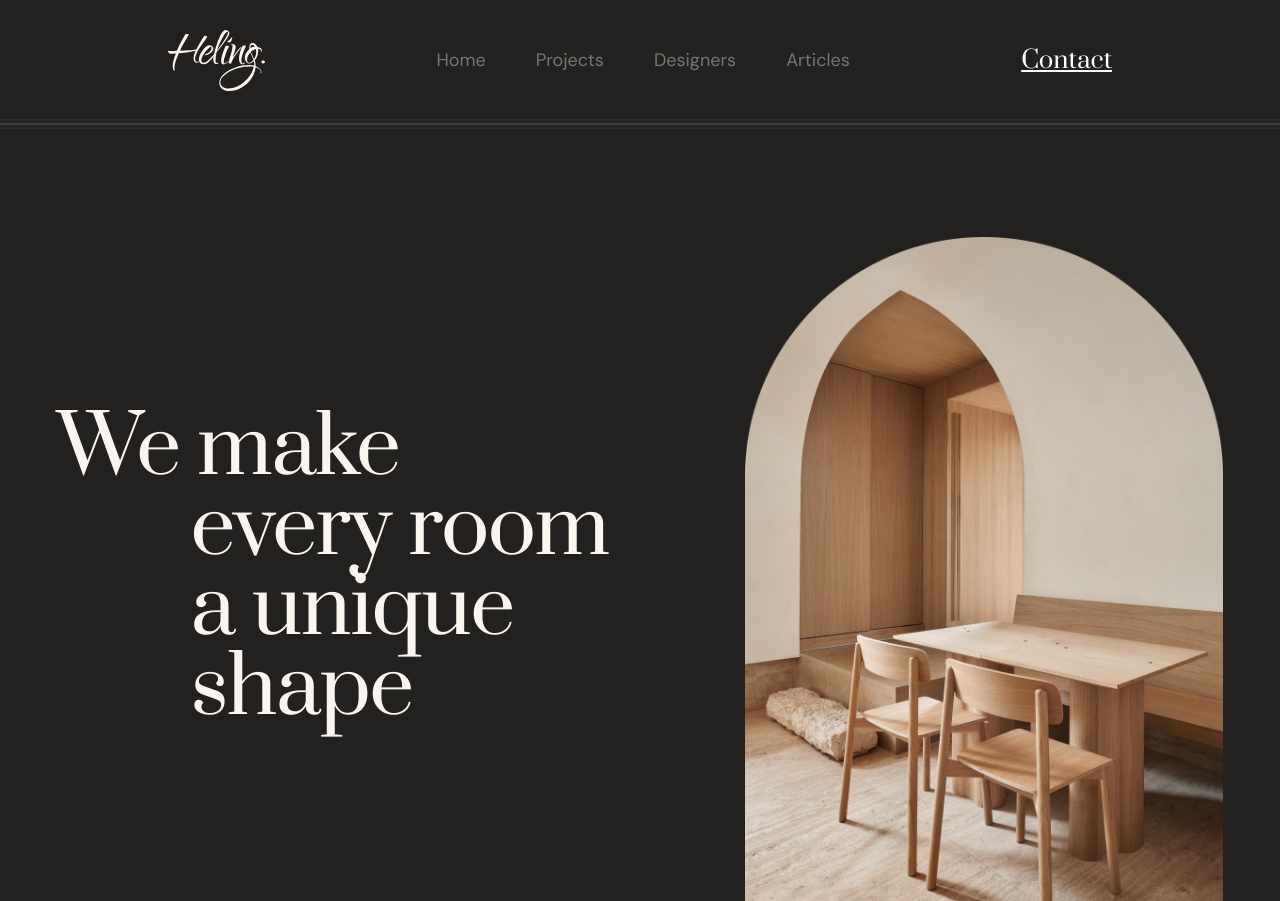
Repository: vandangnhathung/healingui_website
Page: /
An editor plug-in stored every save of this project. The page is shown before and after the next save, followed by the edit.
The browser window is 1280 px wide. The pictures show the whole page.
The project was rebuilt for these pictures with package versions that can differ from the ones it lists, and the page was loaded fresh each time.

Above is the page before, as saved 2022-03-16 13:33:51.

### src/App.js
import "./App.css";
import Container from "./components/Container/Container";
import Header from "./components/Header/Header";
function App() {
  return (
    <div className="max-w-[1600px]">
      <Header></Header>
      <Container></Container>
    </div>
  );
}

export default App;

### src/App.css
.App {
  text-align: center;
}

.App-logo {
  height: 40vmin;
  pointer-events: none;
}

@media (prefers-reduced-motion: no-preference) {
  .App-logo {
    animation: App-logo-spin infinite 20s linear;
  }
}

.App-header {
  background-color: #282c34;
  min-height: 100vh;
  display: flex;
  flex-direction: column;
  align-items: center;
  justify-content: center;
  font-size: calc(10px + 2vmin);
  color: white;
}

.App-link {
  color: #61dafb;
}

@keyframes App-logo-spin {
  from {
    transform: rotate(0deg);
  }
  to {
    transform: rotate(360deg);
  }
}

*,
*::before,
*::after {
  box-sizing: border-box;
}
* {
  margin: 0;
}

html,
body {
  height: 100%;
}
body {
  line-height: 1.5;
  -webkit-font-smoothing: antialiased;
  -webkit-tap-highlight-color: rgba(0, 0, 0, 0);
}

img,
picture,
video,
canvas,
svg {
  display: block;
  max-width: 100%;
}
input,
button,
textarea,
select {
  font: inherit;
  outline: none;
  border: none;
}
p,
h1,
h2,
h3,
h4,
h5,
h6 {
  overflow-wrap: break-word;
}

### src/components/Container/Container.js
import React from "react";
import styled from "styled-components";
import Image1 from "../../Images/Image1.png";
const Container = () => {
  const StyledContainer = styled.div`
    background-color: #222120;
    @import url("https://fonts.googleapis.com/css2?family=DM+Sans:wght@400;500;700&display=swap");
    font-family: "DM Sans", sans-serif;
    @import url("https://fonts.googleapis.com/css2?family=Prata&display=swap");
  `;
  const Container = styled.div`
    padding: 108px 57px 0;
    display: flex;
    align-items: center;
    justify-content: space-between;
    gap: 32px;
  `;
  const Slogan = styled.h2`
    letter-spacing: -0.02em;
    font-size: 80px;
    line-height: 1;
    font-family: "Prata", serif;
    color: #faf5ef;
    max-width: 725px;
    font-weight: 400;
  `;
  const Image1Div = styled.img`
    width: auto;
    height: auto;
  `;
  return (
    <StyledContainer>
      <Container>
        <div>
          <Slogan>
            We make <span className="opacity-0"></span>
            <div className="ml-[8.35rem]">every room</div>
            <div className="ml-[8.35rem]">a unique shape</div>
          </Slogan>
        </div>
        <div>
          <Image1Div src={Image1} alt="" />
        </div>
      </Container>
    </StyledContainer>
  );
};

export default Container;

### src/components/Header/Header.js
import React from "react";
import styled from "styled-components";
import headerLine from "../../Images/header-line.png";
const Header = () => {
  const StyledHeader = styled.div`
    background-color: #222120;
    @import url("https://fonts.googleapis.com/css2?family=DM+Sans:wght@400;500;700&display=swap");
    font-family: "DM Sans", sans-serif;
    @import url("https://fonts.googleapis.com/css2?family=Prata&display=swap");
  `;
  const Header = styled.div`
    display: flex;
    justify-content: space-between;
    align-items: center;
    padding: 30px 168px 28px;
  `;
  const ListNav = styled.ul`
    color: #faf5ef;
    opacity: 0.4;
    font-weight: 400;
    font-size: 18px;
    line-height: 0.6;
    display: flex;
    align-items: center;
    list-style: none;
    gap: 0 50px;
  `;
  const ItemNav = styled.li`
    cursor: pointer;
  `;
  const ContactDiv = styled.h3`
    font-family: "Prata", serif;
  `;
  return (
    <StyledHeader>
      <Header>
        <div>
          <svg
            width="97"
            height="61"
            viewBox="0 0 97 61"
            fill="none"
            xmlns="http://www.w3.org/2000/svg"
          >
            <path
              d="M0.241098 20.6943L1.38631 20.9951C5.56534 20.9951 8.05669 20.9349 8.86035 20.8146C11.1106 15.6009 13.8832 10.1667 17.1782 4.51183C17.4595 4.23109 18.1426 4.09073 19.2276 4.09073C20.3125 4.09073 20.855 4.35141 20.855 4.87278L17.9618 9.50493C15.5508 13.5957 13.5618 17.3254 11.9946 20.6943L21.9399 20.213C23.4267 20.1328 25.5162 19.8922 28.2085 19.4911C29.856 16.2827 31.6039 13.2147 33.4523 10.287C35.3008 7.3192 36.4661 5.8353 36.9483 5.8353C37.4305 5.8353 37.9327 5.95562 38.4551 6.19625C39.0177 6.39678 39.299 6.61736 39.299 6.85799C38.8569 7.45956 38.3547 8.14135 37.7921 8.90335C37.2697 9.66535 36.7272 10.4274 36.1647 11.1893C30.1372 19.2104 27.1235 25.1861 27.1235 29.1164C27.1235 30.9211 27.8468 31.8235 29.2934 31.8235L31.3427 31.5227C31.4633 31.5227 31.5236 31.5628 31.5236 31.643C31.5236 31.8435 31.1619 32.0641 30.4386 32.3047C29.7153 32.5855 29.1528 32.7258 28.7509 32.7258C27.8267 32.7258 27.0632 32.3248 26.4605 31.5227C25.8979 30.7206 25.6167 29.7179 25.6167 28.5148C25.6167 26.2288 26.2998 23.6621 27.666 20.8146C21.1563 22.3787 15.5508 23.1607 10.8494 23.1607C7.91605 29.6177 6.44937 34.4303 6.44937 37.5986C6.44937 38.5611 6.56992 39.263 6.81102 39.7041C7.05211 40.1453 7.17266 40.406 7.17266 40.4862C7.17266 40.5664 7.07221 40.6065 6.87129 40.6065C5.4247 40.6065 4.70141 39.1026 4.70141 36.0947C4.70141 33.0868 5.74617 28.8757 7.83568 23.4615C5.50507 23.622 3.87766 23.7022 2.95345 23.7022C0.984483 23.7022 0 22.7597 0 20.8748C0 20.7544 0.0803659 20.6943 0.241098 20.6943Z"
              fill="#FAF5EF"
            />
            <path
              d="M46.2833 24.1834C46.5244 24.1834 46.6449 24.2837 46.6449 24.4842C46.6449 24.6446 46.6047 24.8051 46.5244 24.9655C42.3052 31.1016 38.8092 34.1696 36.0366 34.1696C32.6211 34.1696 30.9133 32.5855 30.9133 29.4172C30.9133 26.9707 32.1188 24.003 34.5297 20.5138C36.9809 17.0247 39.3517 15.2801 41.6421 15.2801C42.6065 15.2801 43.4504 15.6009 44.1737 16.2426C44.9371 16.8442 45.3189 17.5861 45.3189 18.4684C45.3189 19.9924 44.3746 21.4964 42.486 22.9803C40.5974 24.4642 38.7691 25.2061 37.001 25.2061C36.6394 25.2061 36.4585 25.1259 36.4585 24.9655L36.6394 24.6647C41.2604 23.2209 43.5709 20.8547 43.5709 17.5661C43.5709 17.0848 43.4102 16.8442 43.0887 16.8442C42.6065 16.8442 41.8029 17.3054 40.6777 18.2278C38.7088 19.832 37.001 21.8373 35.5544 24.2436C34.1078 26.6499 33.3845 28.6752 33.3845 30.3195C33.3845 31.9638 34.0074 32.786 35.253 32.786C36.6594 32.786 38.2467 32.044 40.0147 30.5602C41.1398 29.5174 42.4458 28.1939 43.9326 26.5897C45.4595 24.9855 46.2431 24.1834 46.2833 24.1834Z"
              fill="#FAF5EF"
            />
            <path
              d="M49.0196 33.0868L49.984 32.786C50.1849 32.786 50.2854 32.8863 50.2854 33.0868C50.2854 33.7285 49.5822 34.0493 48.1758 34.0493C46.247 34.0493 45.2826 32.4451 45.2826 29.2367C45.2826 27.1111 45.9255 23.7423 47.2114 19.1302C48.4973 14.478 50.1247 10.1266 52.0936 6.07593C54.0626 2.02531 55.8307 0 57.3978 0C58.2818 0 59.1658 0.300787 60.0499 0.902364C60.9339 1.46384 61.3759 2.08547 61.3759 2.76726C61.3759 5.65483 57.1165 12.0717 48.5977 22.0177C47.9146 24.9855 47.573 27.5723 47.573 29.7781C47.573 31.9839 48.0552 33.0868 49.0196 33.0868ZM59.9293 2.58678C59.9293 2.10552 59.7887 1.86489 59.5074 1.86489C58.3019 1.86489 56.5539 4.01052 54.2635 8.30177C51.9731 12.5529 50.2251 16.6035 49.0196 20.4536C56.2928 10.9487 59.9293 4.9931 59.9293 2.58678Z"
              fill="#FAF5EF"
            />
            <path
              d="M64.165 6.73767C64.2454 6.73767 64.2856 6.83793 64.2856 7.03846L63.9842 8.78304C63.3814 11.2696 62.4572 12.5128 61.2116 12.5128C60.2873 12.5128 59.5641 12.2722 59.0417 11.7909C60.5686 10.7482 62.2764 9.06377 64.165 6.73767ZM61.0307 16.6035C59.7851 18.7291 58.5997 21.4362 57.4745 24.7248C56.3494 27.9734 55.7869 30.2193 55.7869 31.4625C55.7869 32.7058 56.048 33.3274 56.5704 33.3274C56.9321 33.3274 57.3942 33.1068 57.9567 32.6657C58.5193 32.2245 58.8609 31.9438 58.9814 31.8235C59.102 31.7032 59.2426 31.5828 59.4033 31.4625C59.5641 31.4625 59.6444 31.5427 59.6444 31.7032C59.6444 32.1844 59.0618 32.7459 57.8965 33.3876C56.7713 34.0694 55.9476 34.4103 55.4252 34.4103C53.8983 34.4103 53.1348 33.3074 53.1348 31.1016C53.1348 27.8129 54.3403 23.4214 56.7512 17.927C56.7512 17.7666 56.8517 17.4658 57.0526 17.0247C57.2937 16.5835 57.4745 16.3028 57.5951 16.1824C57.8764 15.9017 58.2581 15.7613 58.7403 15.7613C60.1467 15.7613 60.9102 16.0421 61.0307 16.6035Z"
              fill="#FAF5EF"
            />
            <path
              d="M78.0084 16.3629C78.0084 16.2025 77.9079 16.3028 77.707 16.6637C76.5819 18.7091 75.5773 21.1755 74.6933 24.0631C73.8092 26.9507 73.3672 28.8356 73.3672 29.7179C73.3672 32.1644 73.8092 33.3876 74.6933 33.3876C74.9745 33.3876 75.3362 33.187 75.7782 32.786C76.2604 32.425 76.4613 32.2446 76.381 32.2446C76.5015 32.2446 76.5618 32.405 76.5618 32.7258C76.5618 33.7686 75.959 34.2899 74.7535 34.2899C73.548 34.2899 72.6238 33.7485 71.9809 32.6657C71.338 31.6229 71.0165 30.119 71.0165 28.1538C71.0165 26.1887 71.5389 23.6019 72.5837 20.3935C73.6284 17.145 74.633 15.5207 75.5974 15.5207H75.8988C77.3052 15.5207 78.0084 15.8014 78.0084 16.3629ZM73.307 16.9645C73.3471 17.0046 73.3672 17.0848 73.3672 17.2051C73.3672 17.2853 73.2065 17.526 72.885 17.927C68.5453 23.1808 65.5315 27.6726 63.8439 31.4024L63.3014 32.9665C63.0603 33.4076 62.7589 33.6282 62.3973 33.6282C62.0356 33.6282 61.6338 33.5279 61.1918 33.3274C60.7498 33.1269 60.5288 32.8863 60.5288 32.6055C60.5288 31.9237 61.1918 29.5174 62.5178 25.3866C63.8439 21.2156 64.5069 18.0874 64.5069 16.002C64.5069 15.4405 64.3662 15.0996 64.085 14.9793C63.8037 14.859 63.5224 14.8189 63.2411 14.859C62.9598 14.859 62.8192 14.7587 62.8192 14.5582C62.8192 14.1972 63.1206 14.0168 63.7233 14.0168C66.4156 14.0168 67.7617 15.1197 67.7617 17.3254C67.7617 18.1676 66.7973 21.4362 64.8685 27.1312C66.6366 24.3639 68.3444 21.9776 69.9919 19.9724C71.6394 17.9671 72.7444 16.9645 73.307 16.9645Z"
              fill="#FAF5EF"
            />
            <path
              d="M86.7293 30.3797C87.3321 31.5026 87.6334 33.0066 87.6334 34.8915C87.6334 35.2926 87.6134 35.6736 87.5732 36.0345C89.2207 36.7163 90.5869 37.5986 91.6718 38.6815C92.797 39.7643 93.3595 40.787 93.3595 41.7495C93.3595 42.7521 93.1184 43.2534 92.6362 43.2534C92.5157 43.2534 92.4152 43.1331 92.3349 42.8925C92.6563 42.4513 92.817 42.0302 92.817 41.6292C92.817 40.787 92.2746 39.9448 91.1896 39.1026C90.1047 38.2604 88.9193 37.6387 87.6334 37.2377C87.1512 41.3685 85.6042 45.2587 82.9923 48.9083C80.4206 52.598 77.1658 55.5256 73.2278 57.6913C69.2899 59.8971 65.2515 61 61.1127 61C58.2999 61 55.9692 60.2179 54.1208 58.6538C52.2322 57.0897 51.2879 54.9241 51.2879 52.1568C51.2879 49.4296 52.835 46.6824 55.9291 43.9152C59.0232 41.188 62.8606 39.0223 67.4415 37.4181C71.9822 35.8139 76.4425 35.0118 80.8224 35.0118C82.8718 35.0118 84.6197 35.1923 86.0663 35.5533C86.227 35.072 86.3074 34.6308 86.3074 34.2298C86.3074 32.8662 86.1467 31.9037 85.8252 31.3422C84.2581 32.786 82.8316 33.5079 81.5457 33.5079C80.2599 33.5079 79.1347 32.8863 78.1704 31.643C77.206 30.3997 76.7238 29.0763 76.7238 27.6726C76.7238 24.8652 78.2708 21.9576 81.3649 18.9497C81.3649 16.6637 81.606 15.1197 82.0882 14.3176C82.6106 13.5154 83.5549 13.1144 84.9211 13.1144C86.3275 13.1144 87.8545 14.4379 89.502 17.0848C92.3951 17.6062 93.8417 18.669 93.8417 20.2732C93.8417 20.6341 93.7212 21.0151 93.4801 21.4162C93.2792 21.7771 93.0581 21.9576 92.817 21.9576C92.5759 21.9576 92.4554 21.8774 92.4554 21.717C92.8572 21.4362 93.0581 21.1154 93.0581 20.7544C93.0581 19.5513 92.0938 18.9497 90.165 18.9497C90.2052 19.2705 90.2253 19.6916 90.2253 20.213C90.2253 24.0631 89.0599 27.452 86.7293 30.3797ZM86.6691 16.784C86.1065 15.4605 85.2627 14.7988 84.1375 14.7988C83.0124 14.7988 82.4498 15.8817 82.4498 18.0473V18.1075C83.7759 17.2252 85.0216 16.784 86.1869 16.784H86.6691ZM88.2362 22.0177C88.2362 20.8948 88.0554 19.8922 87.6937 19.0099C87.0106 19.2505 86.0261 19.7117 84.7403 20.3935C83.4946 21.0352 82.8718 21.4964 82.8718 21.7771C82.8718 22.098 83.9366 24.4842 86.0663 28.9359C87.5129 26.8504 88.2362 24.5444 88.2362 22.0177ZM79.0745 29.6578C79.0745 31.7433 79.8781 32.786 81.4854 32.786C82.8918 32.786 84.2179 31.8034 85.4636 29.8383L82.3293 22.3787C81.4854 23.2209 80.722 24.3639 80.0389 25.8077C79.3959 27.2515 79.0745 28.5348 79.0745 29.6578ZM81.8471 36.5759C78.0297 36.5759 74.2726 37.0572 70.5758 38.0197C66.8789 39.0224 63.7246 40.2656 61.1127 41.7495C58.5008 43.2735 56.3912 44.9379 54.7838 46.7426C53.1765 48.5473 52.3729 50.3721 52.3729 52.217C52.3729 54.1019 53.0962 55.6058 54.5428 56.7288C55.9492 57.8918 57.9382 58.4734 60.5099 58.4734C66.0552 58.4734 71.3192 56.2676 76.3018 51.856C81.2443 47.4845 84.4188 42.4914 85.8252 36.8767C84.8608 36.6762 83.5348 36.5759 81.8471 36.5759Z"
              fill="#FAF5EF"
            />
            <path
              d="M95.1315 30.5C95.6137 30.5 96.0356 30.6604 96.3973 30.9813C96.7991 31.262 97 31.5828 97 31.9438C97 32.3448 96.7991 32.6857 96.3973 32.9665C96.0356 33.2472 95.674 33.3876 95.3123 33.3876C94.0265 33.3876 93.3835 32.8462 93.3835 31.7633C93.3835 30.9211 93.9662 30.5 95.1315 30.5Z"
              fill="#FAF5EF"
            />
          </svg>
        </div>
        <ListNav>
          <ItemNav>Home</ItemNav>
          <ItemNav>Projects</ItemNav>
          <ItemNav>Designers</ItemNav>
          <ItemNav>Articles</ItemNav>
        </ListNav>
        <ContactDiv className="text-2xl leading-7 text-white underline">
          Contact
        </ContactDiv>
      </Header>
      <img src={headerLine} alt="" />
    </StyledHeader>
  );
};

export default Header;

Loaded but not shown: public/index.html (common file); src/index.js (common file); src/index.css (common file); src/reportWebVitals.js (common file); tailwind.config.js (common file)

After the next save:
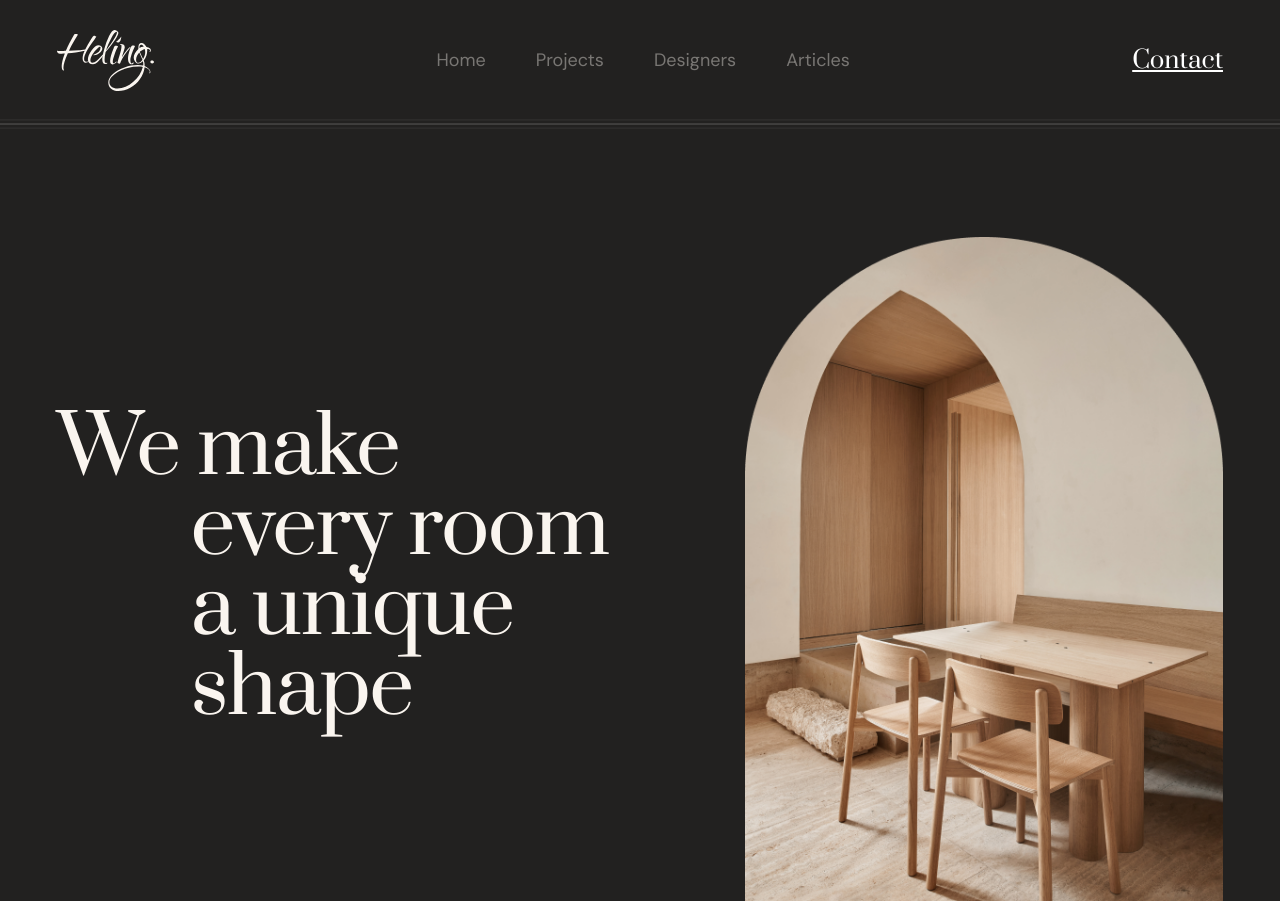
Saved 47 s later.
--- a/src/components/Header/Header.js
+++ b/src/components/Header/Header.js
@@ -12,7 +12,7 @@ const Header = () => {
     display: flex;
     justify-content: space-between;
     align-items: center;
-    padding: 30px 168px 28px;
+    padding: 30px 57px 28px;
   `;
   const ListNav = styled.ul`
     color: #faf5ef;
